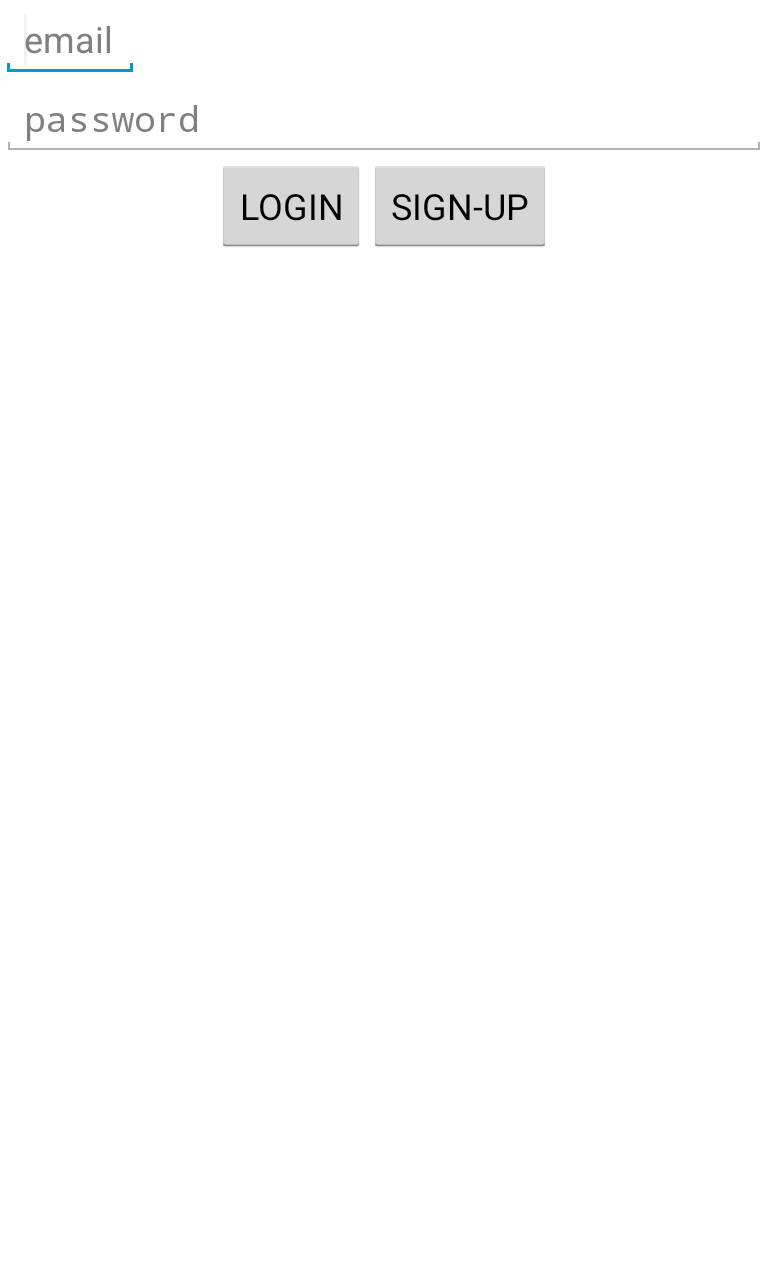
Repository: elvispap/The_Voice_of_People_Android_app
Layout: Voice of People/res/layout/login.xml
An editor plug-in stored every save of this project. The layout is shown before and after the next save, followed by the edit.
It is drawn on a 768 x 1280 px phone screen (xhdpi) without system bars, with theme AppTheme; the app's code is not run.

Above is the layout before, as saved 2014-01-02 15:58:28.

After the next save:
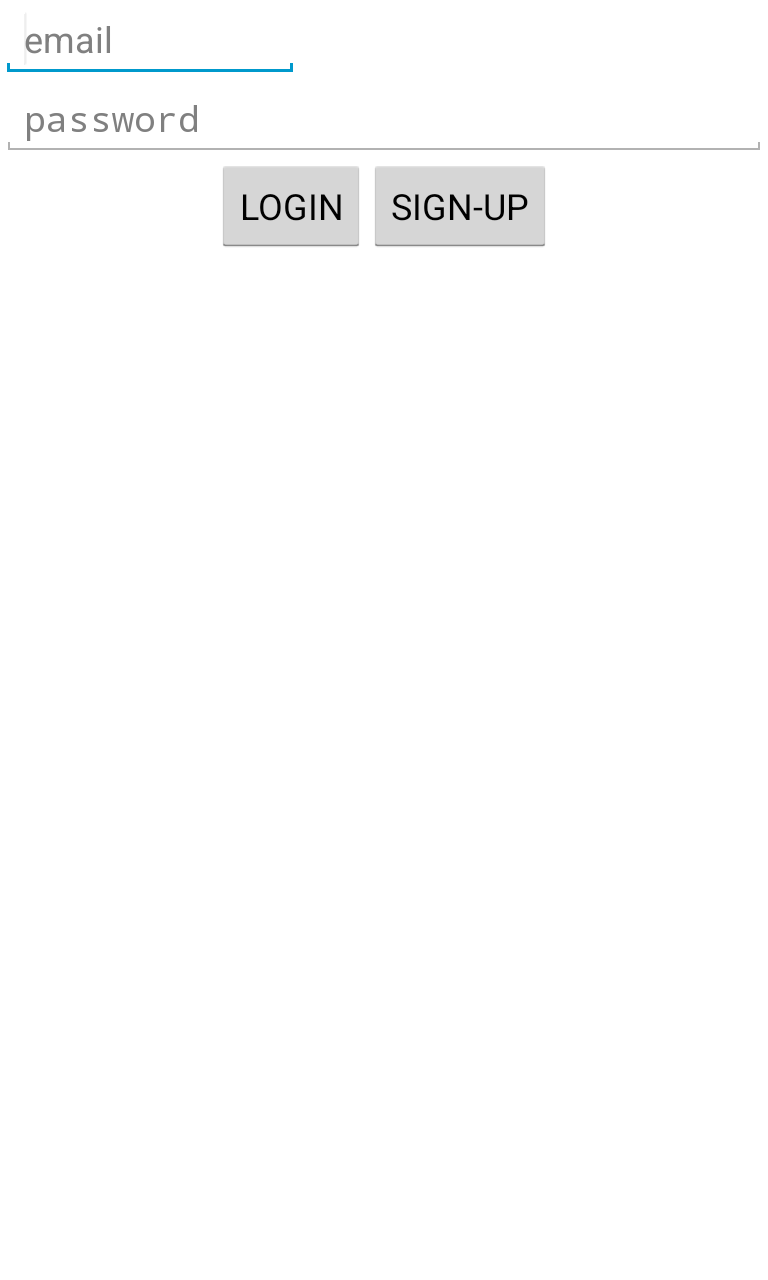
Saved 17 s later.
--- a/Voice of People/res/layout/login.xml
+++ b/Voice of People/res/layout/login.xml
@@ -6,7 +6,7 @@
 
     <EditText
         android:id="@+id/email"
-        android:layout_width="70dp"
+        android:layout_width="150dp"
         android:layout_height="wrap_content"
         android:ems="10"
         android:hint="email"
